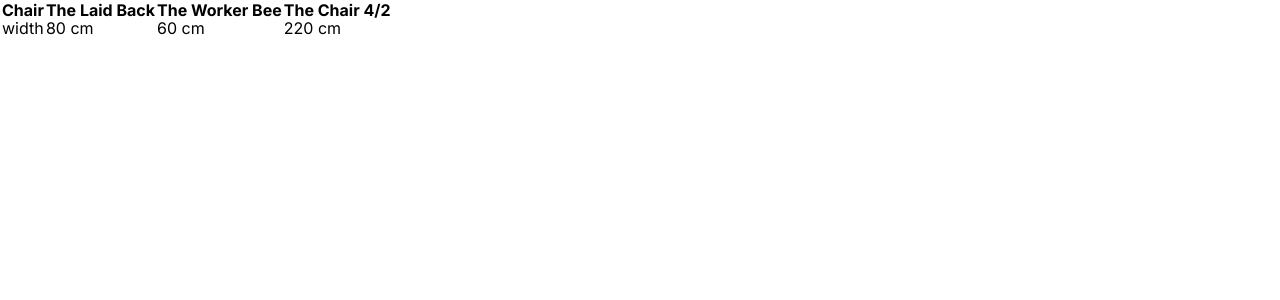
Repository: Ahmed123rezk123/06-Components
Page: table.html
These files come from the project's save history. The page is drawn as it stood at one moment and after the next save; the edit follows.
The browser window is 1280 px wide. The pictures show the whole page.

Above is the page before, as saved 2024-09-16 09:23:45.

After the next save:
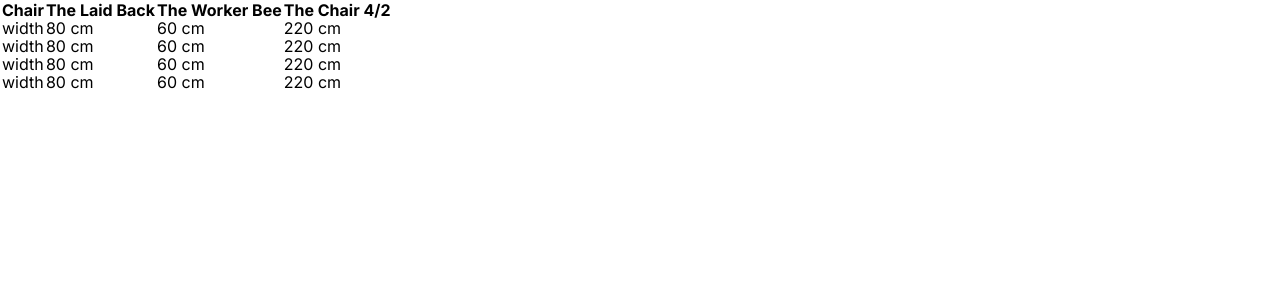
Saved 35 s later.
--- a/table.html
+++ b/table.html
@@ -39,6 +39,25 @@
           <td>60 cm</td>
           <td>220 cm</td>
         </tr>
+        <tr>
+          <td>width</td>
+          <td>80 cm</td>
+          <td>60 cm</td>
+          <td>220 cm</td>
+        </tr>
+        <tr>
+          <td>width</td>
+          <td>80 cm</td>
+          <td>60 cm</td>
+          <td>220 cm</td>
+        </tr>
+
+        <tr>
+          <td>width</td>
+          <td>80 cm</td>
+          <td>60 cm</td>
+          <td>220 cm</td>
+        </tr>
       </tbody>
     </table>
   </body>
